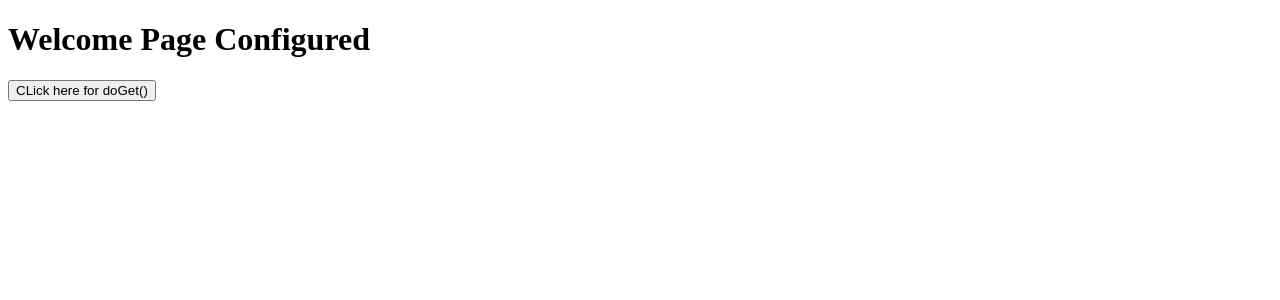
Repository: vinayingalahalli/java_batch1_revature
Page: revature_java/my_servlet_app/WebContent/myHome.html
The author's editor kept a copy of each file at every save. The page is drawn from the files as they stood at one save, then again after the next save.
The browser window is 1280 px wide. The pictures show the whole page.

Above is the page before, as saved 2019-09-10 18:41:26.

After the next save:
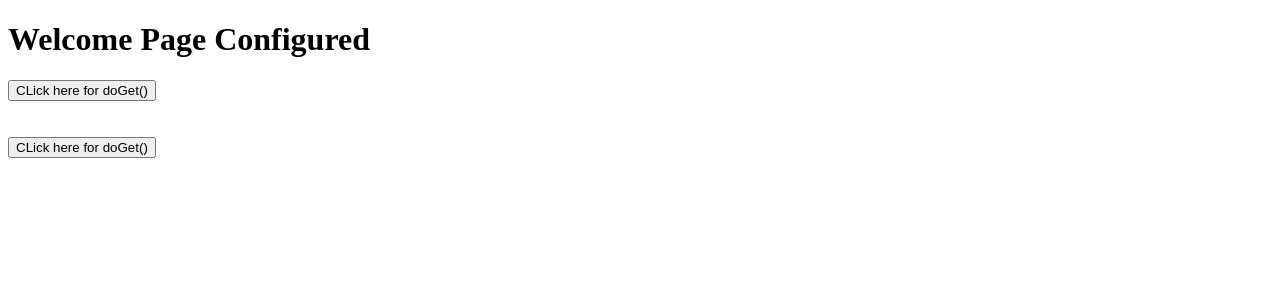
Saved 11 s later.
--- a/revature_java/my_servlet_app/WebContent/myHome.html
+++ b/revature_java/my_servlet_app/WebContent/myHome.html
@@ -11,6 +11,8 @@
 	</form>
 	<br />
 	<br />
-
+<form action="" method="post">
+		<input type="submit" value="CLick here for doGet()">
+	</form>
 </body>
 </html>
